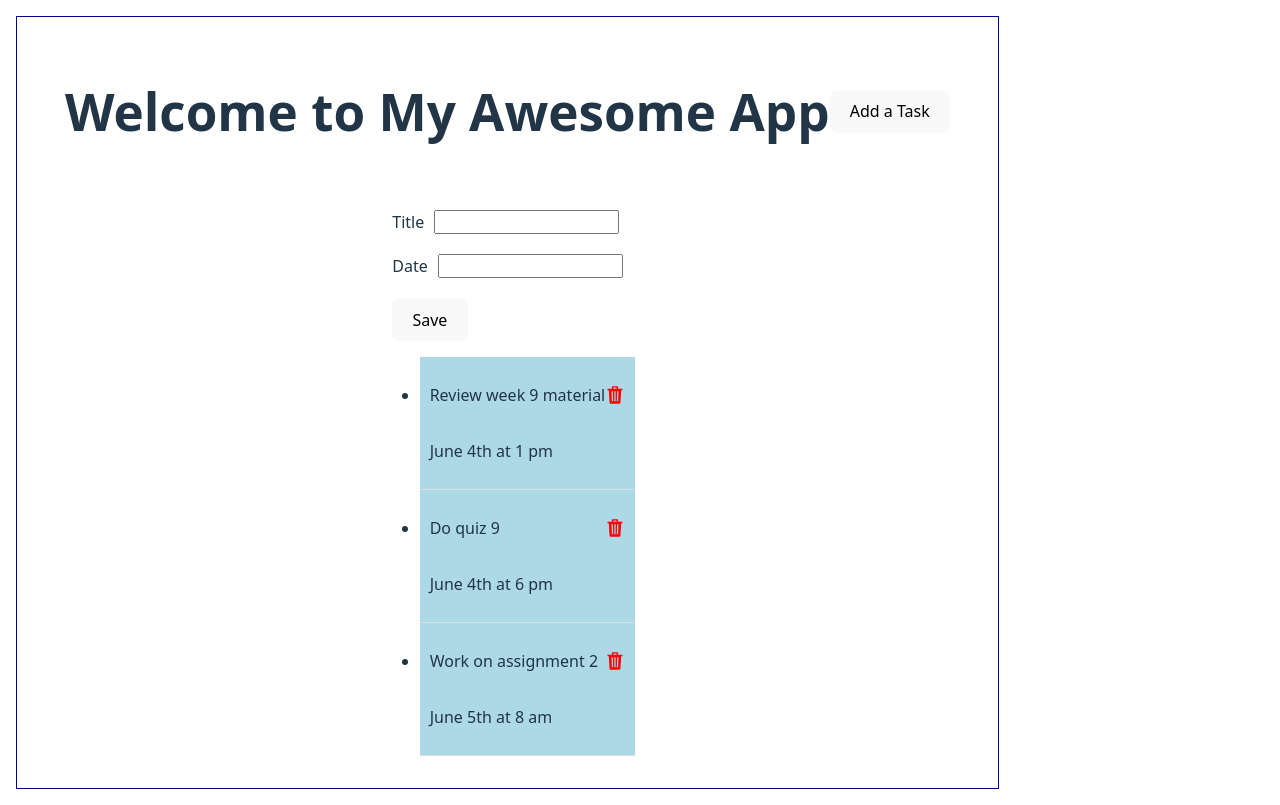
Repository: liulian26/CS5610
Page: /tasks/2 (app in week9/my-vite-app/)
The author's editor kept a copy of each file at every save. The page is drawn from the files as they stood at one save, then again after the next save.
The browser window is 1280 px wide. The pictures show the whole page.
The project was rebuilt for these pictures with package versions that can differ from the ones it lists, and the page was loaded fresh each time. Requests to the local data server were answered from the project's data file. Also part of the build but not shown: week9/my-vite-app/vite.config.js.

Above is the page before, as saved 2025-03-20 12:22:11.

After the next save:
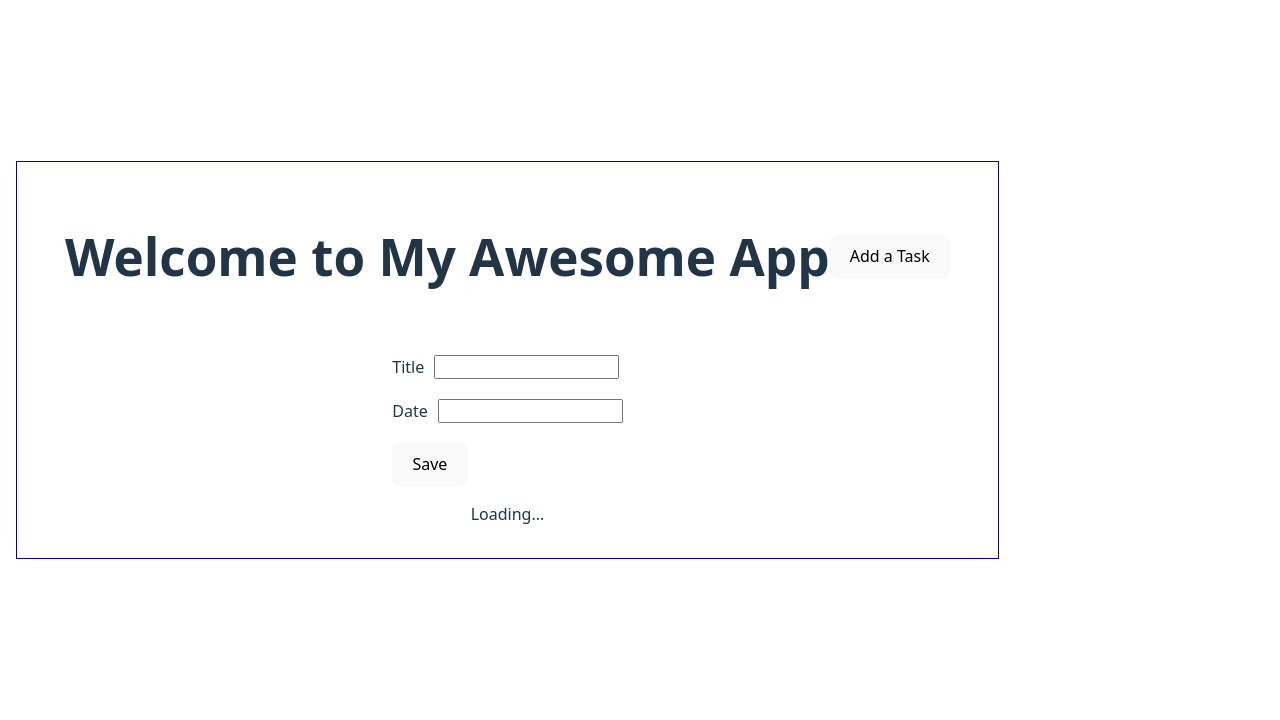
Saved 68 s later.
--- a/week9/my-vite-app/src/App.jsx
+++ b/week9/my-vite-app/src/App.jsx
@@ -40,7 +40,11 @@ export default function App() {
     <div className="appContainer">
       <Header myAppName={appName} version={2} />
       <AddTask />
-      <TaskList tasks={tasks} setTasks={setTasks} />
+      {loading ? (
+        <p>Loading...</p>
+      ) : (
+        <TasksList tasks={tasks} setTasks={setTasks} onDelete={handleDelete} />
+      )}
     </div>
   );
 }
